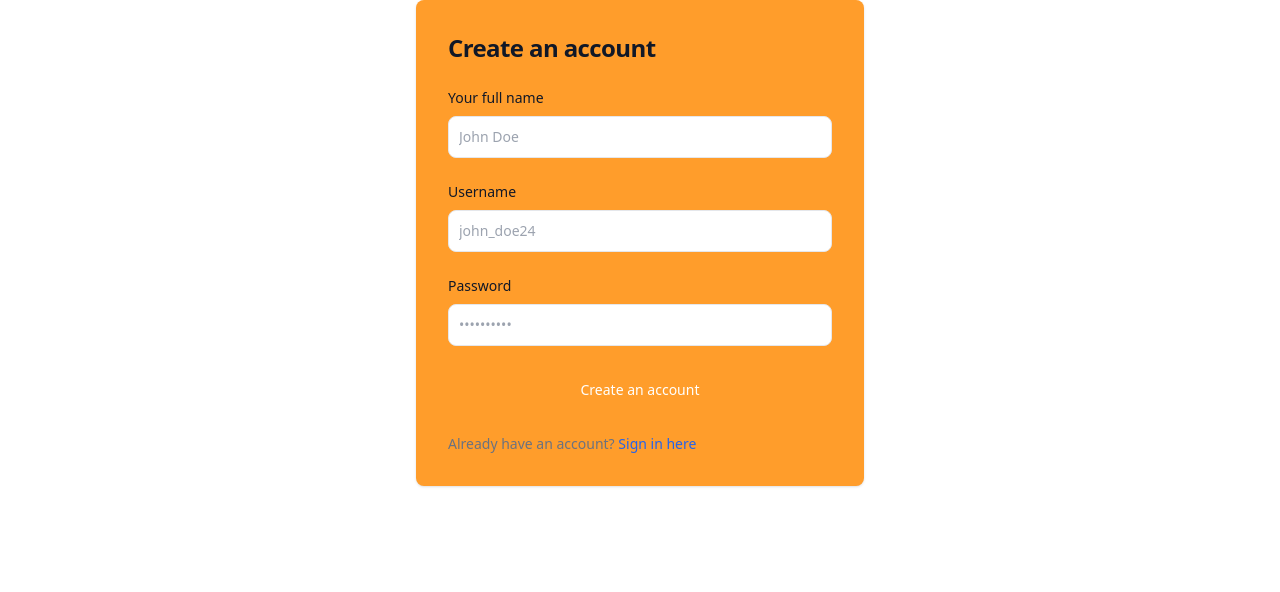
Repository: AdwaitSri/Kingston-Marketplace
Page: /signup (app in qhacks-24/)
An editor plug-in stored every save of this project. The page is shown before and after a run of saves, followed by the edit.
The browser window is 1280 px wide. The pictures show the whole page.
The project was rebuilt for these pictures with package versions that can differ from the ones it lists, and the page was loaded fresh each time. Also part of the build but not shown: qhacks-24/src/components/HomeNavbar.js, qhacks-24/src/pages/Home.js.

Above is the page before, as saved 2024-02-02 20:36:46.

### qhacks-24/public/index.html
<!DOCTYPE html>
<html lang="en">
  <head>
    <meta charset="utf-8" />
    <link rel="preconnect" href="https://fonts.googleapis.com">
    <link rel="preconnect" href="https://fonts.gstatic.com" crossorigin>
    <link href="https://fonts.googleapis.com/css2?family=Josefin+Sans:ital,wght@0,100;0,200;0,300;0,400;0,500;0,600;0,700;1,100;1,200;1,300;1,400;1,500;1,600;1,700&display=swap" rel="stylesheet">
    <link rel="icon" href="%PUBLIC_URL%/favicon.ico" />
    <meta name="viewport" content="width=device-width, initial-scale=1" />
    <meta name="theme-color" content="#000000" />
    <meta
      name="description"
      content="Web site created using create-react-app"
    />
    <link rel="apple-touch-icon" href="%PUBLIC_URL%/logo192.png" />
    <!--
      manifest.json provides metadata used when your web app is installed on a
      user's mobile device or desktop. See https://developers.google.com/web/fundamentals/web-app-manifest/
    -->
    <link rel="manifest" href="%PUBLIC_URL%/manifest.json" />
    <!--
      Notice the use of %PUBLIC_URL% in the tags above.
      It will be replaced with the URL of the `public` folder during the build.
      Only files inside the `public` folder can be referenced from the HTML.

      Unlike "/favicon.ico" or "favicon.ico", "%PUBLIC_URL%/favicon.ico" will
      work correctly both with client-side routing and a non-root public URL.
      Learn how to configure a non-root public URL by running `npm run build`.
    -->
    <title>React App</title>
  </head>
  <body>
    <noscript>You need to enable JavaScript to run this app.</noscript>
    <div id="root"></div>
    <!--
      This HTML file is a template.
      If you open it directly in the browser, you will see an empty page.

      You can add webfonts, meta tags, or analytics to this file.
      The build step will place the bundled scripts into the <body> tag.

      To begin the development, run `npm start` or `yarn start`.
      To create a production bundle, use `npm run build` or `yarn build`.
    -->
  </body>
</html>

### qhacks-24/src/pages/Signup.js
import React from "react";

export default function Signup() {


    return (
    <div
    class="w-full bg-orange-1 rounded-lg shadow dark:border md:mt-0 sm:max-w-md xl:p-0 dark:bg-gray-800 dark:border-gray-700 mx-auto mt-[10dvh]">
        <div class="p-6 space-y-4 md:space-y-6 sm:p-8">
        <h1 class="text-xl font-bold leading-tight tracking-tight text-gray-900 md:text-2xl dark:text-white">Create an
            account
        </h1>
        <form class="space-y-4 md:space-y-6" method="POST">
            <div>
            <label for="name" class="block mb-2 text-sm font-medium text-gray-900 dark:text-white">Your full name</label>
            <input type="text" name="name" id="name" class="bg-gray-50 border border-gray-300 text-gray-900 sm:text-sm rounded-lg focus:ring-blue-600 focus:border-blue-600 block w-full p-2.5 dark:bg-gray-700 dark:border-gray-600 dark:placeholder-gray-400 dark:text-white dark:focus:ring-blue-500 dark:focus:border-blue-500" placeholder="John Doe" required="">
            </input>
            </div>
            <div>
            <label for="username" class="block mb-2 text-sm font-medium text-gray-900 dark:text-white">Username</label>
            <input type="text" name="username" id="username" class="bg-gray-50 border border-gray-300 text-gray-900 sm:text-sm rounded-lg focus:ring-blue-600 focus:border-blue-600 block w-full p-2.5 dark:bg-gray-700 dark:border-gray-600 dark:placeholder-gray-400 dark:text-white dark:focus:ring-blue-500 dark:focus:border-blue-500" placeholder="john_doe24" required="">
            </input>
            </div>

            <div>
            <label for="password" class="block mb-2 text-sm font-medium text-gray-900 dark:text-white">Password</label>
            <input type="password" name="password" id="password" placeholder="••••••••••" class="bg-gray-50 border border-gray-300 text-gray-900 sm:text-sm rounded-lg focus:ring-blue-600 focus:border-blue-600 block w-full p-2.5 dark:bg-gray-700 dark:border-gray-600 dark:placeholder-gray-400 dark:text-white dark:focus:ring-blue-500 dark:focus:border-blue-500" required="">
            </input>
            </div>

            <button type="submit" class="w-full text-white bg-blue-600 hover:bg-blue-700 focus:ring-4 focus:outline-none focus:ring-blue-300 font-medium rounded-lg text-sm px-5 py-2.5 text-center dark:bg-blue-600 dark:hover:bg-blue-700 dark:focus:ring-blue-800">Create an account</button>
            <p class="text-sm font-light text-gray-500 dark:text-gray-400">Already have an account? <a
                class="font-medium text-blue-600 hover:underline dark:text-blue-500" href="/signin">Sign in here</a>
            </p>
        </form>
        </div>
  </div>
  )
}

Loaded but not shown: qhacks-24/src/index.css (common file); qhacks-24/src/App.css (common file); qhacks-24/src/index.js (19 lines, source omitted); qhacks-24/src/App.js (18 lines, source omitted); qhacks-24/tailwind.config.js (14 lines, source omitted); qhacks-24/src/output.css (1762 lines, source omitted)

After the next 2 saves:
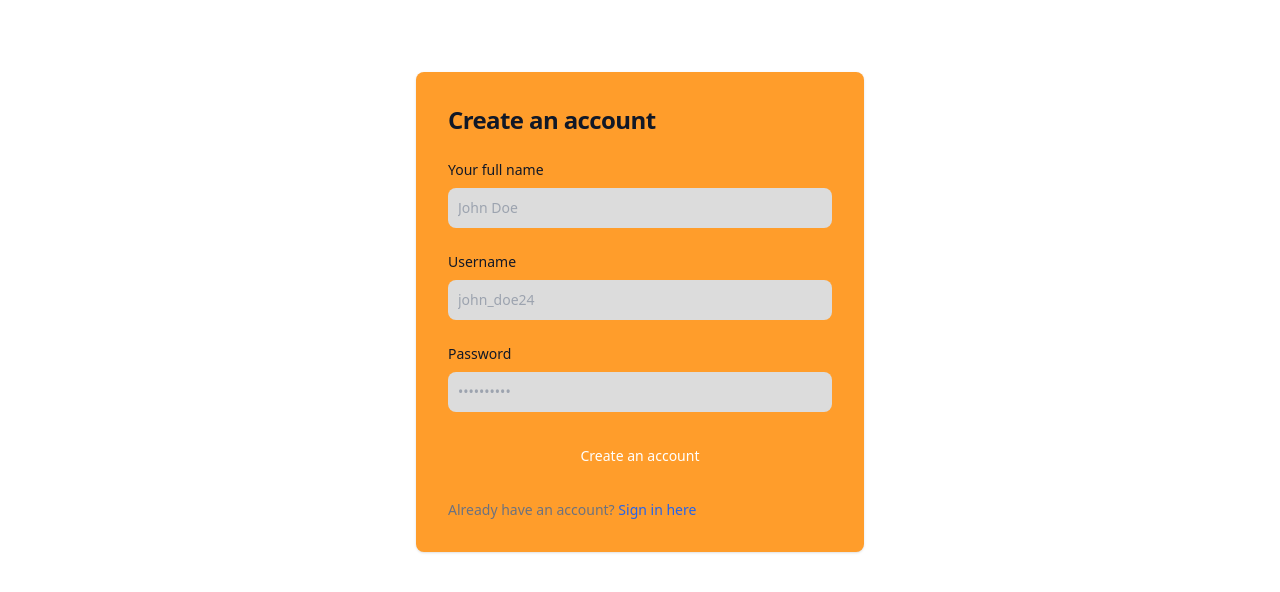
The 2 saves are shown as one change because 1 did not build or start.
The last was saved 14 min 19 s later.
--- a/qhacks-24/src/pages/Signup.js
+++ b/qhacks-24/src/pages/Signup.js
@@ -1,11 +1,28 @@
 import React from "react";
 
 export default function Signup() {
+    const [formData, setFormData] = React.useState(
+        {
+            name: '',
+            username: '',
+            password: '',
+        }
+    )
+
+    function handleChange(event) {
+        setFormData(prevFormData => {
+            return {
+                ...prevFormData,
+                [event.target.name]: event.target.value
+            }
+        })
+    }
+
 
 
     return (
     <div
-    class="w-full bg-orange-1 rounded-lg shadow dark:border md:mt-0 sm:max-w-md xl:p-0 dark:bg-gray-800 dark:border-gray-700 mx-auto mt-[10dvh]">
+    class="w-full bg-orange-1 rounded-lg shadow dark:border md:mt-[10dvh] sm:max-w-md xl:p-0 dark:bg-gray-800 dark:border-gray-700 mx-auto mt-[10dvh]">
         <div class="p-6 space-y-4 md:space-y-6 sm:p-8">
         <h1 class="text-xl font-bold leading-tight tracking-tight text-gray-900 md:text-2xl dark:text-white">Create an
             account
@@ -13,18 +30,18 @@ export default function Signup() {
         <form class="space-y-4 md:space-y-6" method="POST">
             <div>
             <label for="name" class="block mb-2 text-sm font-medium text-gray-900 dark:text-white">Your full name</label>
-            <input type="text" name="name" id="name" class="bg-gray-50 border border-gray-300 text-gray-900 sm:text-sm rounded-lg focus:ring-blue-600 focus:border-blue-600 block w-full p-2.5 dark:bg-gray-700 dark:border-gray-600 dark:placeholder-gray-400 dark:text-white dark:focus:ring-blue-500 dark:focus:border-blue-500" placeholder="John Doe" required="">
+            <input type="text" name="name" id="name" onChange={handleChange} value={formData.name} class="outline-none bg-[#dcdcdc] hover:bg-[#f0f0f0] focus:bg-[#ffffff] text-gray-900 sm:text-sm rounded-lg focus:ring-blue-600 focus:border-blue-600 block w-full p-2.5 dark:bg-gray-700 dark:border-gray-600 dark:placeholder-gray-400 dark:text-white dark:focus:ring-blue-500 dark:focus:border-blue-500" placeholder="John Doe" required="">
             </input>
             </div>
             <div>
             <label for="username" class="block mb-2 text-sm font-medium text-gray-900 dark:text-white">Username</label>
-            <input type="text" name="username" id="username" class="bg-gray-50 border border-gray-300 text-gray-900 sm:text-sm rounded-lg focus:ring-blue-600 focus:border-blue-600 block w-full p-2.5 dark:bg-gray-700 dark:border-gray-600 dark:placeholder-gray-400 dark:text-white dark:focus:ring-blue-500 dark:focus:border-blue-500" placeholder="john_doe24" required="">
+            <input type="text" name="username" id="username" onChange={handleChange} value={formData.username} class="outline-none bg-[#dcdcdc] hover:bg-[#f0f0f0] focus:bg-[#ffffff] text-gray-900 sm:text-sm rounded-lg focus:ring-blue-600 focus:border-blue-600 block w-full p-2.5 dark:bg-gray-700 dark:border-gray-600 dark:placeholder-gray-400 dark:text-white dark:focus:ring-blue-500 dark:focus:border-blue-500" placeholder="john_doe24" required="">
             </input>
             </div>
 
             <div>
             <label for="password" class="block mb-2 text-sm font-medium text-gray-900 dark:text-white">Password</label>
-            <input type="password" name="password" id="password" placeholder="••••••••••" class="bg-gray-50 border border-gray-300 text-gray-900 sm:text-sm rounded-lg focus:ring-blue-600 focus:border-blue-600 block w-full p-2.5 dark:bg-gray-700 dark:border-gray-600 dark:placeholder-gray-400 dark:text-white dark:focus:ring-blue-500 dark:focus:border-blue-500" required="">
+            <input type="password" name="password" id="password" onChange={handleChange} value={formData.password} placeholder="••••••••••" class="outline-none bg-[#dcdcdc] hover:bg-[#f0f0f0] focus:bg-[#ffffff] text-gray-900 sm:text-sm rounded-lg focus:ring-blue-600 focus:border-blue-600 block w-full p-2.5 dark:bg-gray-700 dark:border-gray-600 dark:placeholder-gray-400 dark:text-white dark:focus:ring-blue-500 dark:focus:border-blue-500" required="">
             </input>
             </div>
 
